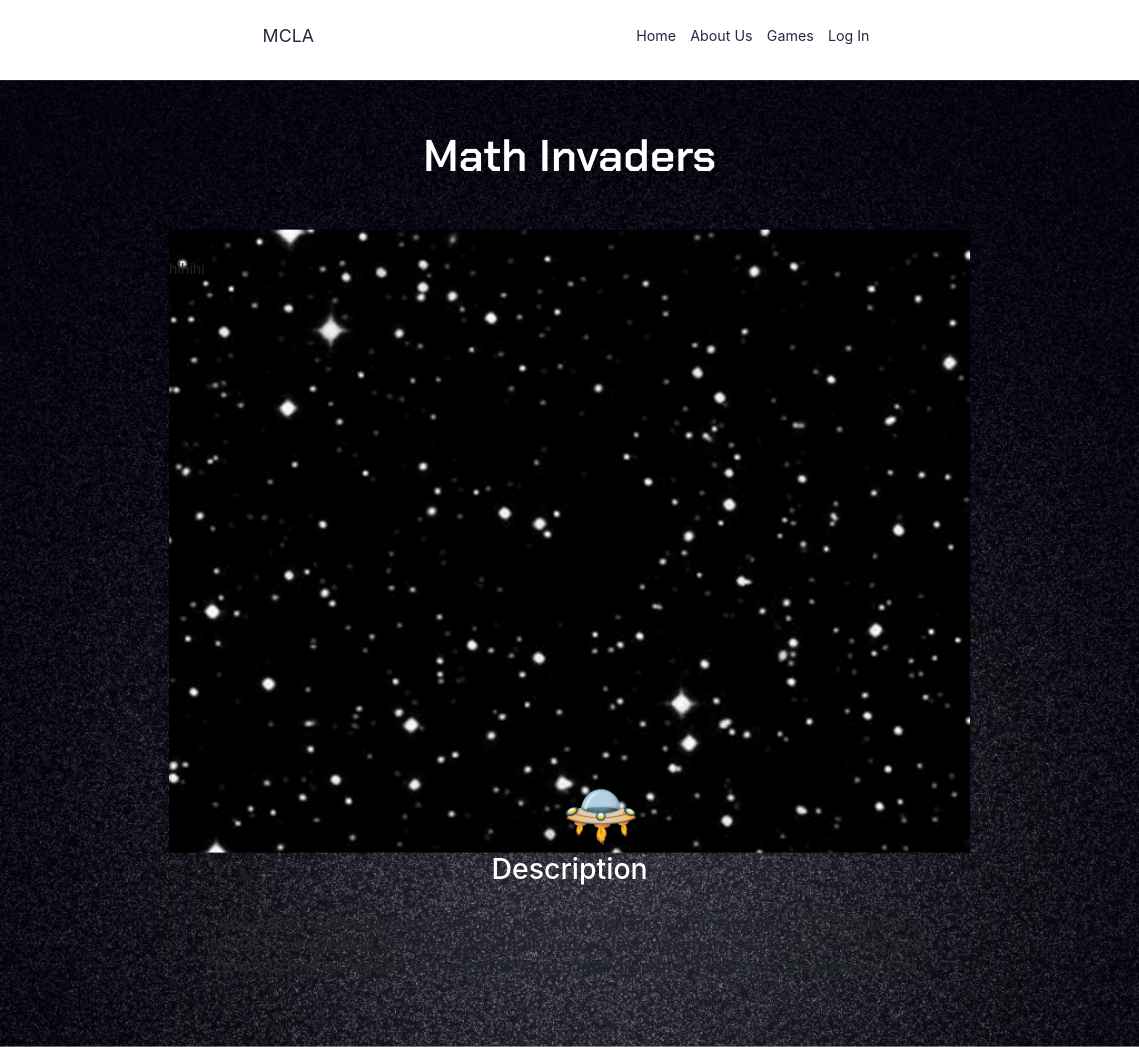
Repository: kkyler24/MathInvader
Page: index.html
The author's editor kept a copy of each file at every save. The page is drawn from the files as they stood at one save, then again after the next save.
The browser window is 1280 px wide. The pictures show the whole page, at 89% of full size.
Some web libraries are served in a nearby version.

Above is the page before, as saved 2020-07-19 23:38:32.
Console error: TypeError: Cannot read properties of null (reading 'style')

After the next save:
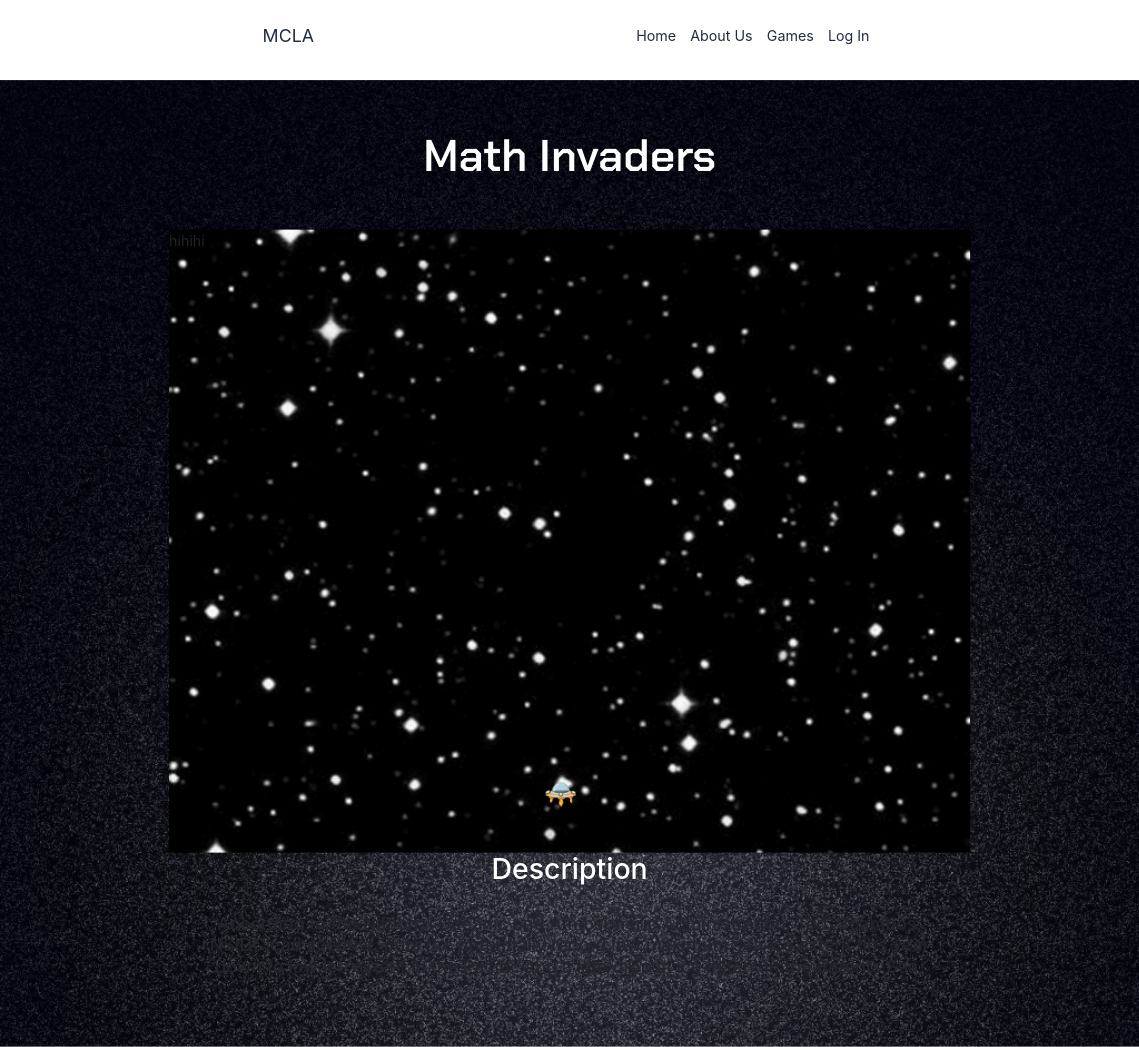
The error is gone.
Saved 83 s later.
--- a/jsFolder/game.js
+++ b/jsFolder/game.js
@@ -40,7 +40,7 @@ function createPlayer($container) {
   const $player = document.createElement("img");
   $player.src = "/jsFolder/pictures/MathApics/spaceship/spaceship3.png";
   $player.style = "height:90px, width: 90px";
-  $player.id = "player";
+  $player.className = "player";
   $container.appendChild($player);
   setPosition($player, GAME_STATE.playerX, GAME_STATE.playerY);
 }
